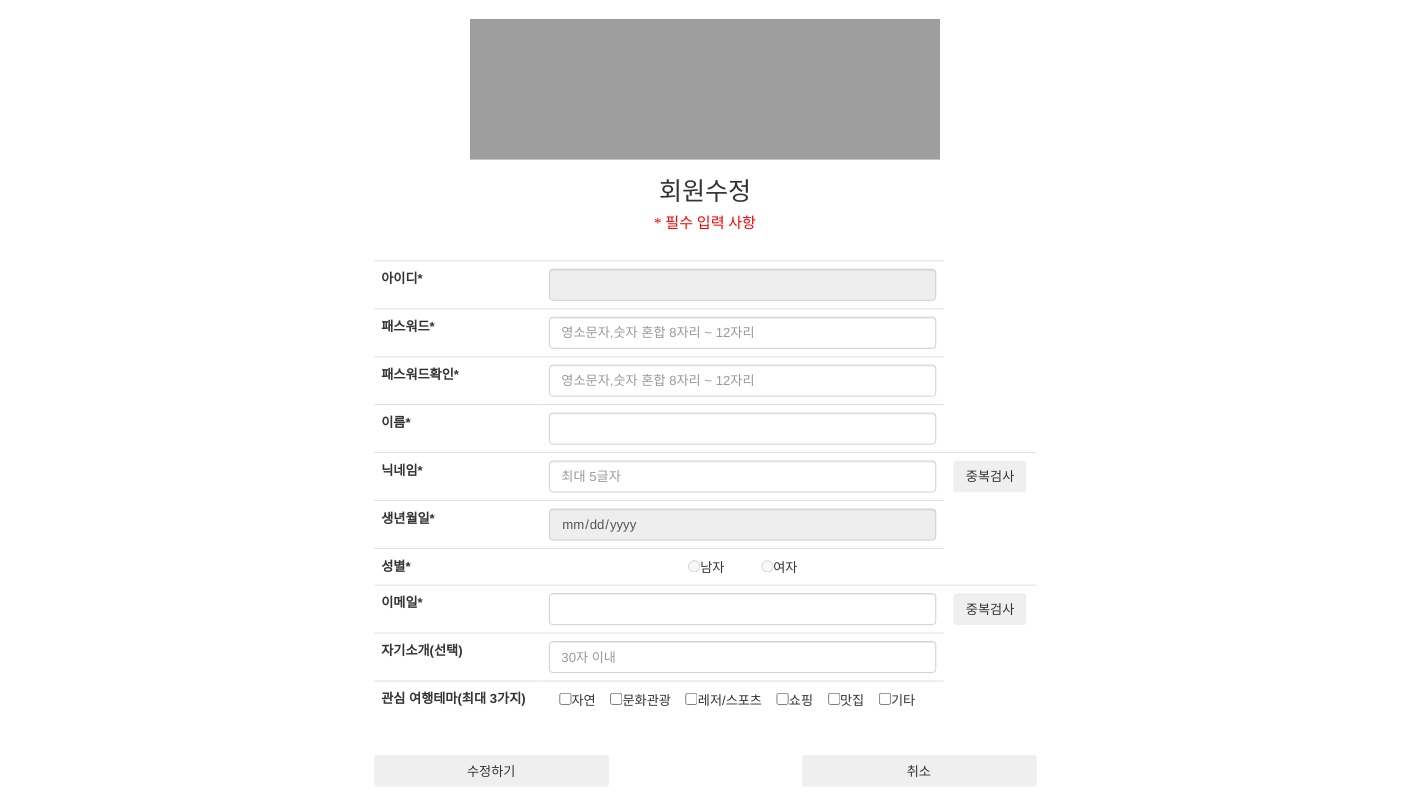
Repository: yhj4130/FinalProject
Page: http://localhost/TogatherProject/WEB-INF/views/login/JoinEdit.jsp
The author's editor kept a copy of each file at every save. The page is drawn from the files as they stood at one save, then again after the next save.
The browser window is 1280 px wide. The page is 1500 px wide, so the pictures cover 1500 px, including what lies to the right of the window. The pictures show the whole page, at 94% of full size.
Pictures or frames that could not be fetched are drawn as grey boxes. The page is served by Tomcat 9. Nobody is signed in. The template is opened directly, without the code that normally fills it, so the values that code supplies are empty.

Above is the page before, as saved 2019-07-12 13:45:15.
Console error: SyntaxError: Unexpected token ';'

After the next save:
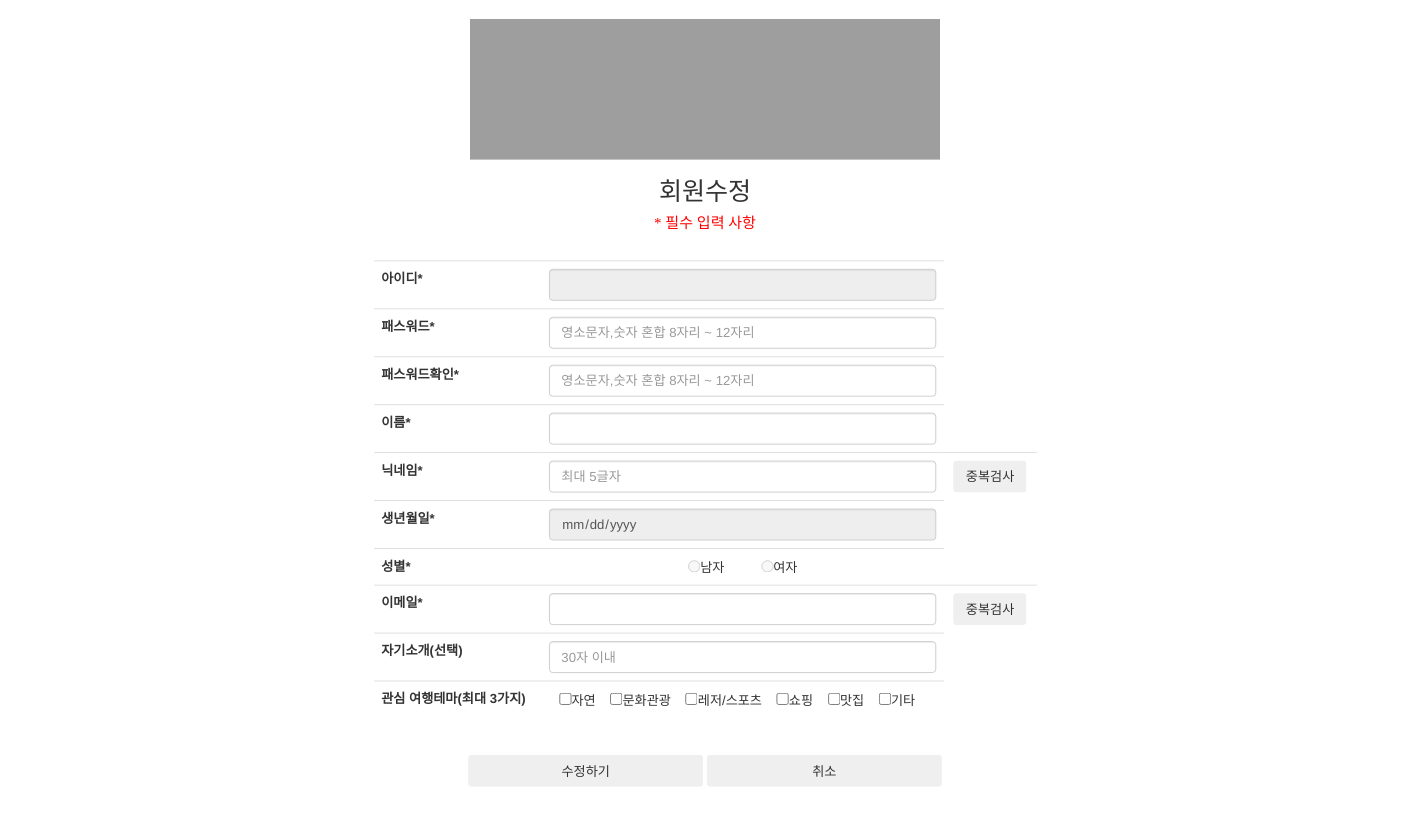
Saved 60 s later.
--- a/TogatherProject/src/main/webapp/WEB-INF/views/login/JoinEdit.jsp
+++ b/TogatherProject/src/main/webapp/WEB-INF/views/login/JoinEdit.jsp
@@ -120,8 +120,8 @@
 						</table>
 						<br>
 						<div style="margin-bottom: 50px; text-align: center;">
-							<button type="submit" class="btn" style="width: 250px; float: left;">수정하기</button>
-        					<button type="button" class="btn" style="width: 250px; float: right;" onclick="history.go(-1); return false;">취소</button>
+							<button type="submit" class="btn" style="width: 250px;">수정하기</button>
+        					<button type="button" class="btn" style="width: 250px;" onclick="history.go(-1); return false;">취소</button>
 						</div>
 
 					</form>
